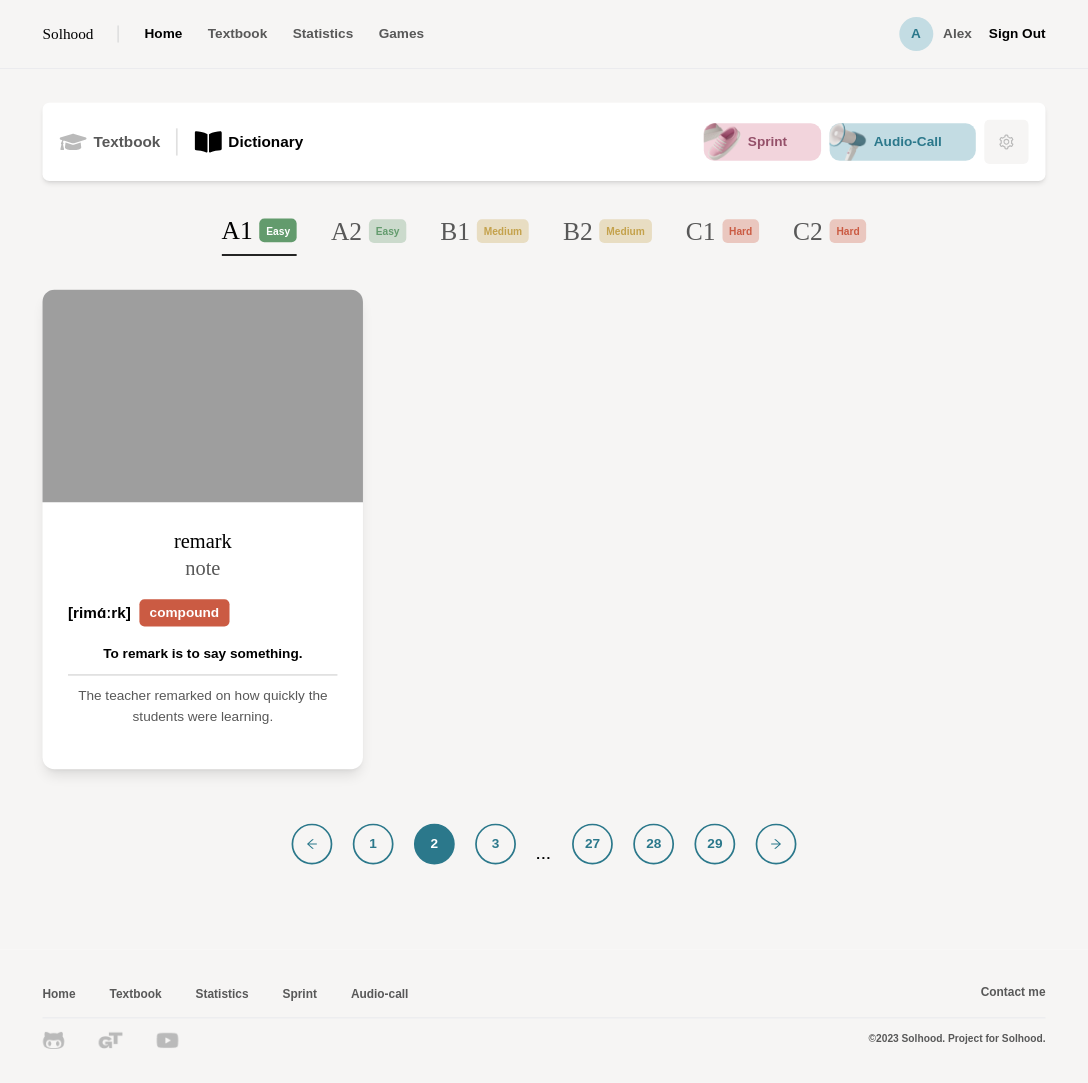
Repository: haudnn/solhood
Page: /textbook
These files come from the project's save history. The page is drawn as it stood at one moment and after the next save; the edit follows.
The browser window is 1280 px wide. The pictures show the whole page, at 85% of full size.
Pictures or frames that could not be fetched are drawn as grey boxes. The project was rebuilt for these pictures with package versions that can differ from the ones it lists, and the page was loaded fresh each time. Also part of the build but not shown: src/pages/Home.tsx, src/pages/sprint/Sprint.tsx, src/pages/sprint/Game.tsx, src/pages/sprint/Result.tsx, src/pages/audio/Audio.tsx, src/pages/audio/Game.tsx, src/pages/audio/Result.tsx, src/pages/statistics/Statistics.tsx.

Above is the page before, as saved 2023-01-11 11:24:29.

### public/index.html
<!DOCTYPE html>
<html lang="en">
  <head>
    <meta charset="utf-8" />
    <link rel="icon" href="%PUBLIC_URL%/solanaLogoMark.svg" />
    <meta name="viewport" content="width=device-width, initial-scale=1" />
    <meta name="theme-color" content="#000000" />
    <meta
      name="description"
      content="Web site created using create-react-app"
    />
    <link rel="apple-touch-icon" href="%PUBLIC_URL%/logo192.png" />
    <link rel="manifest" href="%PUBLIC_URL%/manifest.json" />
    <title>Solhood | E-Learning Platform</title>
  </head>
  <body>
    <noscript>You need to enable JavaScript to run this app.</noscript>
    <div id="root"></div>
  </body>
</html>

### src/App.tsx
import "./App.css";
import { BrowserRouter } from 'react-router-dom';
import RouterConfig from './config/RouterConfig';
import Footer from "./components/Layout/Footer";
import Header from "./components/Layout/Header";
function App() {
  return (
    <div className="overflow-hidden  App font-montserrat">
      <BrowserRouter>
        <Header />
        <RouterConfig/>
        <Footer/>
      </BrowserRouter>
    </div>
  );
}

export default App;

### src/config/RouterConfig.tsx
import React from 'react'
import { Routes, Route } from 'react-router-dom';
import {router} from '../constants';
const RouterConfig = () => {
  return (
    <Routes>
    {router.map(({ path, component }) => (
      <Route key={path} path={path} element={component} />
    ))}
  </Routes>
  )
}

export default RouterConfig

### src/constants/index.ts
import router from "./router"

export {router}

### src/constants/router.tsx
import Home from "../pages/Home";
import Sprint from "../pages/sprint/Sprint";
import SprintGame from "../pages/sprint/Game";
import SprintResult from "../pages/sprint/Result";
import Audio from "../pages/audio/Audio";
import AudioGame from "../pages/audio/Game";
import AudioResult from "../pages/audio/Result";
import TextBook from "../pages/textbook/TextBook";
import Statistics from "../pages/statistics/Statistics";
const router = [
 {
    path: '/',
    component: <Home />,
 },
 {
   path: '/textbook',
   component: <TextBook />,
},
 {
   path: '/statistics',
   component: <Statistics />,
 }
 ,
// Audio
 {
  path: '/audio',
  component: <Audio />,
 },
 {
  path: '/audio/game',
  component: <AudioGame />,
 },
 {
  path: '/audio/result',
  component: <AudioResult />,
 },
// Sprint
 {
  path: '/sprint',
  component: <Sprint />,
  },
 {
  path: '/sprint/game',
  component: <SprintGame />,
 },
 {
  path: '/sprint/result',
  component: <SprintResult />,
 },


]
export default router;

### src/pages/textbook/TextBook.tsx
import React, { useState } from "react";
import { FaGraduationCap, FaBookOpen } from "react-icons/fa";
import { AiOutlineSetting } from "react-icons/ai";
import textbookSneaker from ".././../assets/imgs/textbookSneaker.png";
import textbookAudio from ".././../assets/imgs/textbookAudio.png";
import useOnClickOutside from "../../hooks/useClickOutSide";
import { AiOutlineArrowLeft, AiOutlineArrowRight } from "react-icons/ai";
import noWords from "../../assets/imgs/nowords.png";
import WordItem from "./WordItem";
const TextBook = () => {
  const [isSettings, setIsSettings] = useState<Boolean>(false);
  const ref = React.useRef<HTMLDivElement | null>(null);
  useOnClickOutside(ref, () => setIsSettings(false));
  const handleShowSettings = () => {
    setIsSettings((prev) => !prev);
  };
  const [checkedList, setCheckedList] = useState([
    {
      id: 0,
      checked: false,
    },
    {
      id: 1,
      checked: false,
    },
  ]);
  const handleChecked = (e: any) => {
    const { value, checked } = e.target;
    const newList = [...checkedList];
    newList[+value].checked = checked;
    setCheckedList(newList);
  };
  return (
    <div className="md:pt-10 pt-5 textbook bg-greyligt pb-[100px] px-5 md:px-0">
      <div className="flex flex-col items-center max-w-[1180px] m-auto">
        <div className="w-full p-5 bg-white rounded-lg shadow-md ">
          <div className="grid">
            <div className="row">
              <div className="col l-6 c-12">
                <div className="flex items-center w-full h-full ">
                  <div className="flex items-center justify-center h-8 mr-5 cursor-pointer gap-x-2 line-long before:-right-5">
                    <FaGraduationCap className="md:w-8 w-[21px] h-full text-greyicon"></FaGraduationCap>
                    <span className="text-lg font-bold leading-8 text-greydark">
                      Textbook
                    </span>
                  </div>
                  <div className="flex items-center justify-center h-8 ml-5 text-black cursor-pointer gap-x-2">
                    <FaBookOpen className="md:w-8 w-[21px] h-full"></FaBookOpen>
                    <span className="text-lg font-bold leading-8">
                      Dictionary
                    </span>
                  </div>
                </div>
              </div>
              <div className="col l-6 c-12">
                <div
                  ref={ref}
                  className="mt-3 md:mt-0 flex items-center md:justify-end w-full h-full gap-x-[10px] relative "
                >
                  <div className="flex items-center justify-start pr-10 cursor-pointer rounded-xl gap-x-2 bg-pinklight">
                    <img
                      src={textbookSneaker}
                      alt=""
                      className="object-cover"
                    />
                    <span className="text-base font-bold text-pinkdark">
                      Sprint
                    </span>
                  </div>
                  <div className="flex items-center justify-start pr-10 cursor-pointer rounded-xl gap-x-2 bg-cyanlight">
                    <img src={textbookAudio} alt="" className="object-cover" />
                    <span className="text-base font-bold text-cyandark">
                      Audio-Call
                    </span>
                  </div>
                  <div
                    onClick={handleShowSettings}
                    className={`flex items-center justify-center p-4 rounded-md cursor-pointer ${isSettings ? "bg-cyandark" : "bg-greyligt"}`}
                  >
                    <AiOutlineSetting className={`w-5 h-5 ${isSettings ? "text-white" : "text-greyicon"} t`}></AiOutlineSetting>
                  </div>
                  {isSettings && (
                    <div className="absolute p-5 bg-white rounded-[14px] shadow-lg top-14 bridge">
                      <div>
                        <div className="flex items-center gap-x-[10px] mb-1">
                          <input
                            checked={checkedList[0].checked}
                            onChange={handleChecked}
                            type="checkbox"
                            id="0"
                            name="0"
                            value="0"
                          />
                          <label
                            htmlFor="0"
                            className={`font-semibold ${
                              checkedList[0].checked
                                ? "text-black"
                                : "text-[#828282]"
                            }`}
                          >
                            Show words in a list
                          </label>
                        </div>
                        <div className="flex items-center gap-x-[10px] mb-1">
                          <input
                            checked={checkedList[1].checked}
                            onChange={handleChecked}
                            type="checkbox"
                            id="1"
                            name="1"
                            value="1"
                          />
                          <label
                            htmlFor="1"
                            className={`font-semibold ${
                              checkedList[1].checked
                                ? "text-black"
                                : "text-[#828282]"
                            }`}
                          >
                            Display the 'Add' and 'Remove' buttons
                          </label>
                        </div>
                      </div>
                    </div>
                  )}
                </div>
              </div>
            </div>
          </div>
        </div>
        <div className="flex items-center justify-center my-10 gap-x-10">
          <div className="cursor-pointer flex items-center justify-center pb-[10px] gap-x-2 border-b-2 border-solid border-black">
            <span className="text-3xl font-dela">A1</span>
            <div className="px-2 py-[2px] rounded-md bg-greendesign">
              <span className="text-xs font-semibold text-white">Easy</span>
            </div>
          </div>
          <div className="cursor-pointer flex items-center justify-center pb-[10px] gap-x-2">
            <span className="text-3xl font-dela text-greydark">A2</span>
            <div className="px-2 py-[2px] rounded-md bg-secondgreendesign">
              <span className="text-xs font-semibold text-greendesign">
                Easy
              </span>
            </div>
          </div>
          <div className="cursor-pointer flex items-center justify-center pb-[10px] gap-x-2">
            <span className="text-3xl font-dela text-greydark">B1</span>
            <div className="px-2 py-[2px] rounded-md bg-secondyellowdesign">
              <span className="text-xs font-semibold text-yellowdesign">
                Medium
              </span>
            </div>
          </div>
          <div className="cursor-pointer flex items-center justify-center pb-[10px] gap-x-2">
            <span className="text-3xl font-dela text-greydark">B2</span>
            <div className="px-2 py-[2px] rounded-md bg-secondyellowdesign">
              <span className="text-xs font-semibold text-yellowdesign">
                Medium
              </span>
            </div>
          </div>
          <div className="cursor-pointer flex items-center justify-center pb-[10px] gap-x-2">
            <span className="text-3xl font-dela text-greydark">C1</span>
            <div className="px-2 py-[2px] rounded-md bg-secondorangedesign">
              <span className="text-xs font-semibold text-orangedesign">
                Hard
              </span>
            </div>
          </div>
          <div className="cursor-pointer flex items-center justify-center pb-[10px] gap-x-2">
            <span className="text-3xl font-dela text-greydark">C2</span>
            <div className="px-2 py-[2px] rounded-md bg-secondorangedesign">
              <span className="text-xs font-semibold text-orangedesign">
                Hard
              </span>
            </div>
          </div>
        </div>
        <div className={`${checkedList[0].checked ? "w-[926px]" : "w-full"} `}>
          <div className="gird">
            <div className="row">
                <WordItem isList={checkedList[0].checked} isShowButtons={checkedList[1].checked}/>
            </div>
          </div>
        </div>
        {/* <div>
          <div className="p-10 bg-white rounded-xl max-w-[800px]">
            <div className="grid">
              <div className="row">
                <div className="col l-4">
                  <div>
                    <img
                      src={noWords}
                      alt=""
                      className="object-cover w-full h-full"
                    />
                  </div>
                </div>
                <div className="col l-8">
                  <div className="flex flex-col justify-center w-full h-full">
                    <p className="text-2xl font-dela mb-[14px]">No words in this section yet</p>
                    <p className="mb-8 text-base font-semibold text-greydark">
                      To save difficult words for further study, go to the textbook and select 'add to dictionary'
                    </p>
                    <div>
                      <button className="py-[14px] px-[22px] flex items-center justify-center rounded-[100px] bg-cyandark">
                        <a href="/textbook" className="text-base font-semibold text-white">
                          To Textbook
                        </a>
                      </button>
                    </div>
                  </div>
                </div>
              </div>
            </div>
          </div>
        </div> */}
        <div className="flex pt-10 gap-x-6">
          <div className="w-[48px] h-[48px] flex items-center justify-center rounded-[50%] border-2 border-solid border-cyandark text-cyandark">
            <AiOutlineArrowLeft className="text-base font-bold"></AiOutlineArrowLeft>
          </div>
          <div className="w-[48px] h-[48px] flex items-center justify-center rounded-[50%] border-2 border-solid border-cyandark text-cyandark">
            <span className="text-base font-bold">1</span>
          </div>
          <div className="w-[48px] h-[48px] flex items-center justify-center rounded-[50%] border-2 border-solid border-cyandark text-white bg-cyandark">
            <span className="text-base font-bold">2</span>
          </div>
          <div className="w-[48px] h-[48px] flex items-center justify-center rounded-[50%] border-2 border-solid border-cyandark text-cyandark">
            <span className="text-base font-bold">3</span>
          </div>
          <div className="h-[48px] flex items-end">
            <span className="text-base font-bold tracking-widest">...</span>
          </div>
          <div className="w-[48px] h-[48px] flex items-center justify-center rounded-[50%] border-2 border-solid border-cyandark text-cyandark">
            <span className="text-base font-bold">27</span>
          </div>
          <div className="w-[48px] h-[48px] flex items-center justify-center rounded-[50%] border-2 border-solid border-cyandark text-cyandark">
            <span className="text-base font-bold">28</span>
          </div>
          <div className="w-[48px] h-[48px] flex items-center justify-center rounded-[50%] border-2 border-solid border-cyandark text-cyandark">
            <span className="text-base font-bold">29</span>
          </div>
          <div className="w-[48px] h-[48px] flex items-center justify-center rounded-[50%] border-2 border-solid border-cyandark text-cyandark">
            <AiOutlineArrowRight className="text-base font-bold"></AiOutlineArrowRight>
          </div>
        </div>
      </div>
    </div>
  );
};

export default TextBook;

### src/hooks/useClickOutSide.ts
import {useEffect} from 'react'

const useOnClickOutside = (ref:any, handler:any) => {
    useEffect(() => {
        const listener = (event:any) => {
          if (!ref.current || ref.current.contains(event.target)) {
            return;
          }
          handler(event);
        };
        document.addEventListener("mousedown", listener);
        document.addEventListener("touchstart", listener);
        return () => {
          document.removeEventListener("mousedown", listener);
          document.removeEventListener("touchstart", listener);
        };
      },
      [ref, handler]
    );
  }
export default useOnClickOutside

Loaded but not shown: src/index.tsx (common file); src/App.css (common file); tailwind.config.js (33 lines, source omitted); src/index.css (762 lines, source omitted); src/components/Layout/Header.tsx (167 lines, source omitted); src/pages/textbook/WordItem.tsx (114 lines, source omitted); src/components/Layout/Footer.tsx (108 lines, source omitted)

After the next save:
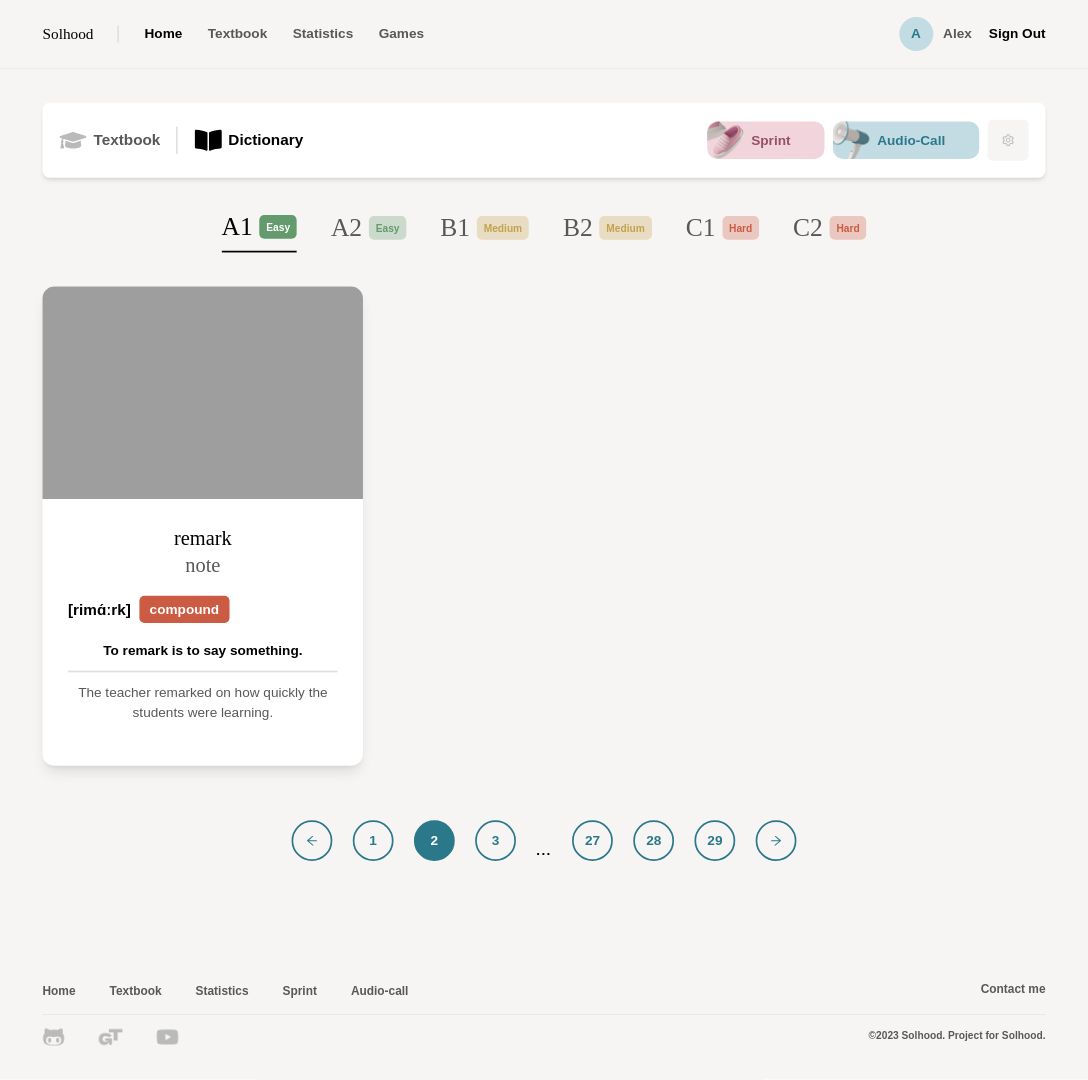
Saved 11 s later.
--- a/src/pages/textbook/TextBook.tsx
+++ b/src/pages/textbook/TextBook.tsx
@@ -77,7 +77,7 @@
                     onClick={handleShowSettings}
                     className={`flex items-center justify-center p-4 rounded-md cursor-pointer ${isSettings ? "bg-cyandark" : "bg-greyligt"}`}
                   >
-                    <AiOutlineSetting className={`w-5 h-5 ${isSettings ? "text-white" : "text-greyicon"} t`}></AiOutlineSetting>
+                    <AiOutlineSetting className={`${isSettings ? "text-white" : "text-greyicon"} t`}></AiOutlineSetting>
                   </div>
                   {isSettings && (
                     <div className="absolute p-5 bg-white rounded-[14px] shadow-lg top-14 bridge">

After the save that followed:
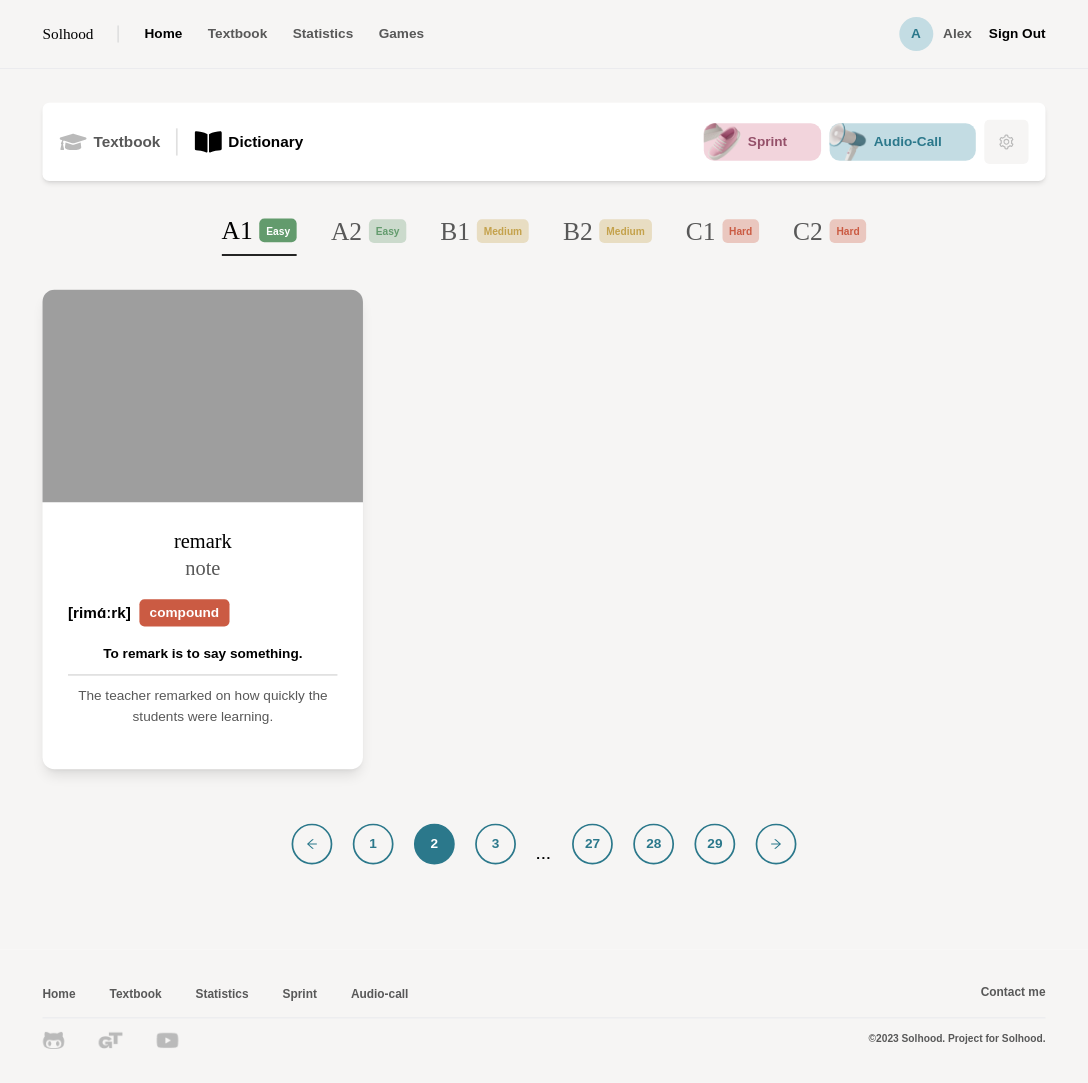
Saved 4 s later.
--- a/src/pages/textbook/TextBook.tsx
+++ b/src/pages/textbook/TextBook.tsx
@@ -77,7 +77,7 @@
                     onClick={handleShowSettings}
                     className={`flex items-center justify-center p-4 rounded-md cursor-pointer ${isSettings ? "bg-cyandark" : "bg-greyligt"}`}
                   >
-                    <AiOutlineSetting className={`${isSettings ? "text-white" : "text-greyicon"} t`}></AiOutlineSetting>
+                    <AiOutlineSetting className={`w-5 h-5 ${isSettings ? "text-white" : "text-greyicon"} t`}></AiOutlineSetting>
                   </div>
                   {isSettings && (
                     <div className="absolute p-5 bg-white rounded-[14px] shadow-lg top-14 bridge">
